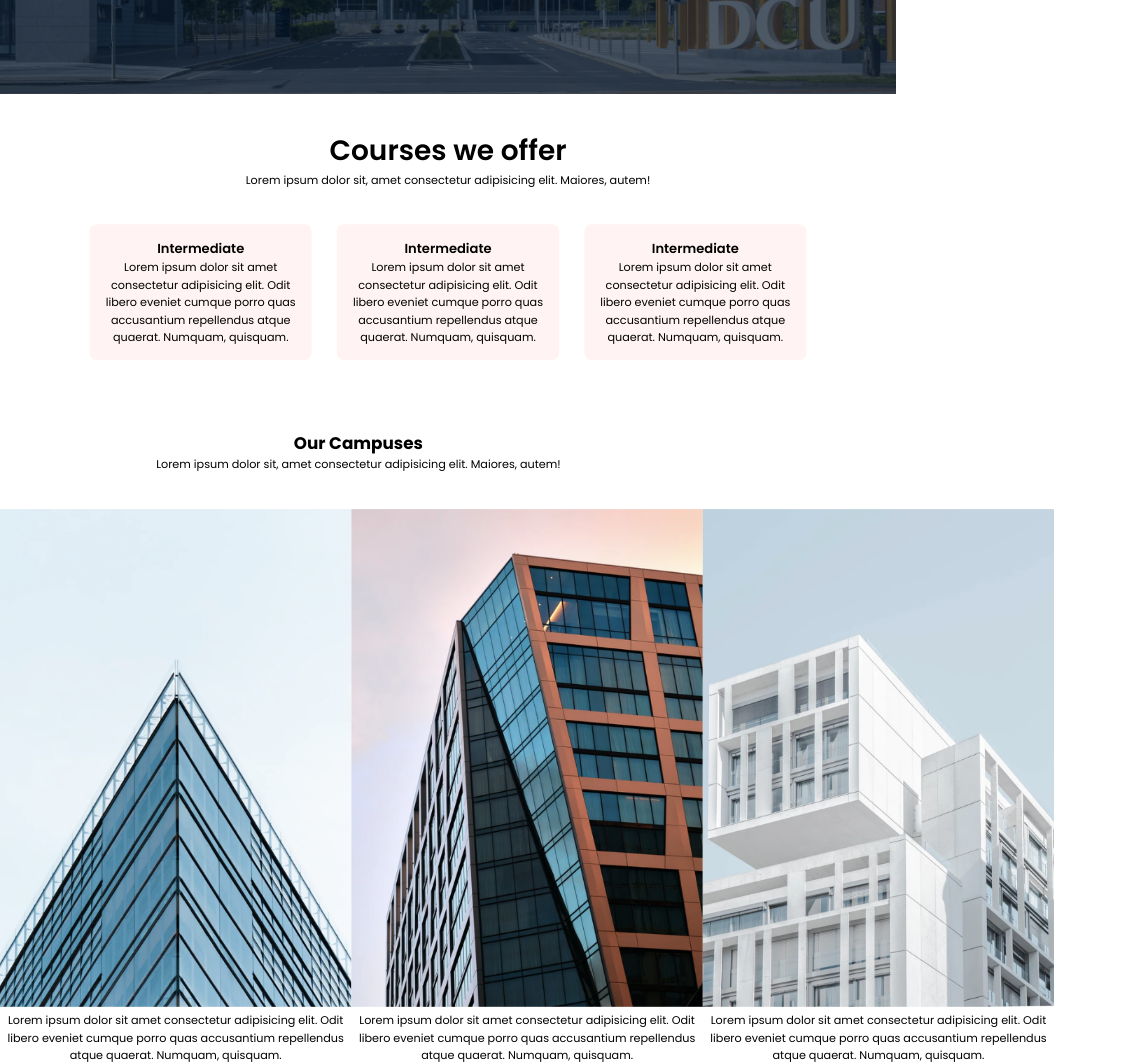
Repository: yashrajverma/Practise
Page: index.html
The author's editor kept a copy of each file at every save. The page is drawn from the files as they stood at one save, then again after the next save.
The browser window is 1280 px wide. The page is 1506 px wide, then 1634 px, so the pictures cover 1634 px, including what lies to the right of the window. The pictures show the part of the page from y = 586 to 2106 px (the page is 2106 px tall), at 70% of full size.

Above is the page before, as saved 2021-04-27 12:25:00.

### index.html
<!DOCTYPE html>
<html lang="en">
  <head>
    <meta charset="UTF-8" />
    <meta name="viewport" content="width=device-width, initial-scale=1.0" />
    <title>Website</title>
    <link rel="stylesheet" href="style.css" />
    <link rel="preconnect" href="https://fonts.gstatic.com">
<link href="https://fonts.googleapis.com/css2?family=Poppins:ital,wght@0,100;0,400;0,600;0,700;1,500&display=swap" rel="stylesheet">
<link rel="stylesheet" href="https://cdn.jsdelivr.net/npm/@fortawesome/fontawesome-free@5.15.3/css/fontawesome.min.css" integrity="sha384-wESLQ85D6gbsF459vf1CiZ2+rr+CsxRY0RpiF1tLlQpDnAgg6rwdsUF1+Ics2bni" crossorigin="anonymous">
<link rel="stylesheet" href="https://cdnjs.cloudflare.com/ajax/libs/font-awesome/5.15.3/css/all.min.css" integrity="sha512-iBBXm8fW90+nuLcSKlbmrPcLa0OT92xO1BIsZ+ywDWZCvqsWgccV3gFoRBv0z+8dLJgyAHIhR35VZc2oM/gI1w==" crossorigin="anonymous" />

</head>
  <body>
    <section class="header">
        <nav>
         <a href="index.html"><img src="eduford_img/logo.png" alt="logo" class="nav-img"/></a>
          <div class="nav-links" id="navLinks">
            <i class="fa fa-times-circle" aria-hidden="true" onclick="hideMenu()"></i>
             <ul>
            <li><a href="#">Home</a></li>
            <li><a href="#">About</a></li>
            <li><a href="#">Contact</a></li>
            <li><a href="#">Courses</a></li>
            <li><a href="#">Blog</a></li>
          </ul>
          </div>
          <i class="fa fa-bars" aria-hidden="true" onclick="showMenu()"></i>
        </nav>

        <div class="text-box">
          <h1>
            Worlds Biggest University
          </h1>
          <p>
            Lorem ipsum dolor sit amet, consectetur adipisicing elit. <br>
            Corporis et labore libero culpa dicta unde natus voluptatibus, impedit sed minima?
          </p>
          <a href="#">Visit Us To Know More</a>
        </div>
    </section>

    <!-- -------------------- courses --------------------- -->

    <section class="course">
      <h1>Courses we offer</h1>
      <p>Lorem ipsum dolor sit, amet consectetur adipisicing elit. Maiores, autem!</p>
      <div class="row">
        <div class="course-col">
          <h3>Intermediate</h3>
          <p>Lorem ipsum dolor sit amet consectetur adipisicing elit.
            Odit libero eveniet cumque porro quas accusantium repellendus atque quaerat. Numquam, quisquam.</p>
        </div>
        <div class="course-col">
          <h3>Intermediate</h3>
          <p>Lorem ipsum dolor sit amet consectetur adipisicing elit.
            Odit libero eveniet cumque porro quas accusantium repellendus atque quaerat. Numquam, quisquam.</p>
        </div>
        <div class="course-col">
          <h3>Intermediate</h3>
          <p>Lorem ipsum dolor sit amet consectetur adipisicing elit.
            Odit libero eveniet cumque porro quas accusantium repellendus atque quaerat. Numquam, quisquam.</p>
        </div>
      </div>
    </section>



    <!-- -------------------- campus --------------------- -->

    <section class="campus">
      <h1>Our Campuses</h1>
      <p>Lorem ipsum dolor sit, amet consectetur adipisicing elit. Maiores, autem!</p>
      <div class="row">
        <div class="campus-col">
          <img src="/eduford_img/london.png" alt="">
          <p>Lorem ipsum dolor sit amet consectetur adipisicing elit.
            Odit libero eveniet cumque porro quas accusantium repellendus atque quaerat. Numquam, quisquam.</p>
        </div>
        <div class="campus-col">
          <img src="/eduford_img/newyork.png" alt="">
          <p>Lorem ipsum dolor sit amet consectetur adipisicing elit.
            Odit libero eveniet cumque porro quas accusantium repellendus atque quaerat. Numquam, quisquam.</p>
        </div>
        <div class="campus-col">
          <img src="/eduford_img/washington.png" alt="">
          <p>Lorem ipsum dolor sit amet consectetur adipisicing elit.
            Odit libero eveniet cumque porro quas accusantium repellendus atque quaerat. Numquam, quisquam.</p>
        </div>
      </div>
    </section>

    <script src="app.js"></script>
  </body>
</html>

### style.css
*{
    margin: 0;
    padding: 0;
    font-family: 'Poppins', sans-serif;
}

.header{
    width: 100%;
    min-height: 100vh;
    background:linear-gradient(rgba(2, 20, 46, 0.7),rgba(5, 20, 37, 0.7)) ,url('./eduford_img/banner.png');
    background-position: fixed;
    background-size: cover;
    background-repeat: no-repeat;
    position: relative;
}
nav{
    display: flex;
    align-items: center;
    justify-content: space-between;
    padding: 2% 5%;
}
.nav-img{
    width: 150px;
}
.nav-links{
    flex:1;
    text-align: right;
}
.nav-links ul li{
    list-style: none;
    padding: 0 10px ;
    display: inline-block;
    position: relative;
}
.nav-links ul li  a{
    text-decoration: none;
    color: white;

}
.nav-links ul li::after{
    width: 0;
    height: 2px;
    content: '';
    background-color: #f44336;
    display: block;
    margin: auto;
    transition: 0.4s;
}
.nav-links ul li:hover::after{
    width: 100%;
    box-shadow: 0px 0px 13px #f44336;
}
.text-box{
    width: 90%;
    text-align: center;
    position: absolute;
    top: 50%;
    left: 50%;
    transform: translate(-50%,-50%);
    color: white;
}
.text-box h1{
    font-size: 62px;
}
.text-box p{
    font-size: 13px;
}
.text-box a{
    display: inline-block;
    padding: 12px 34px ;
    color: white;
    text-decoration: none;
    position: relative;
    margin: 12px;
    border: 1px solid white;
    background: transparent;
    transition: 0.4s;
}
.text-box a:hover{
    background: #f44336;
    border:1px solid #f44336;
    box-shadow: 0px 0px 13px #f44336;
}

nav .fa{
    display: none;
}
@media(max-width:700px){
    .text-box h1{
        font-size: 20px;
    }
    .nav-links ul li{
        display: block;
        margin: 10px;
    }
    .nav-links{
        position: absolute;
        top: 0;
        right: -200px;
        background: #f44336;
        width: 200px;
        height: 100vh;
        text-align: left;
        z-index: 2;
    }
    nav .fa{
        display: block;
        color:white;
        font-size: 24px;
        cursor: pointer;
    }
}

/* ------------------------------------- course ----------------------------- */

.course{
    text-align: center;
    margin: auto;
    margin-top: 50px;
    width: 80%;
}
.course h1{
    font-size: 40px;
    font-weight: 600;
}

.row{
    margin-top: 5%;
    display: flex;
    justify-content: space-between;
}
.course-col{
    flex-basis: 31%;
    background: #fff3f3;
    border-radius: 10px;
    padding: 20px 12px;
    margin-bottom: 5%;
    box-sizing: border-box;
    transition: 0.7s;
}
h3{
    font-weight: 600;
    text-align: center;
}
.course-col:hover{
    box-shadow: 0 0 20px 0 rgba(0,0,0,0.2);
}

@media(max-width:700px){
    .row{
        flex-direction: column;
    }
}


/* ----------------- capmus ----------------------- */


.campus{
    width: 80%;
    margin-top: 50px;
    text-align: center
}
.campus h1{
    text-align: center;


}

### app.js
var navLinks=document.getElementById('navLinks')
function hideMenu(){
    navLinks.style.right='-200px';
}
function showMenu(){
    navLinks.style.right="0"
}

After the next save:
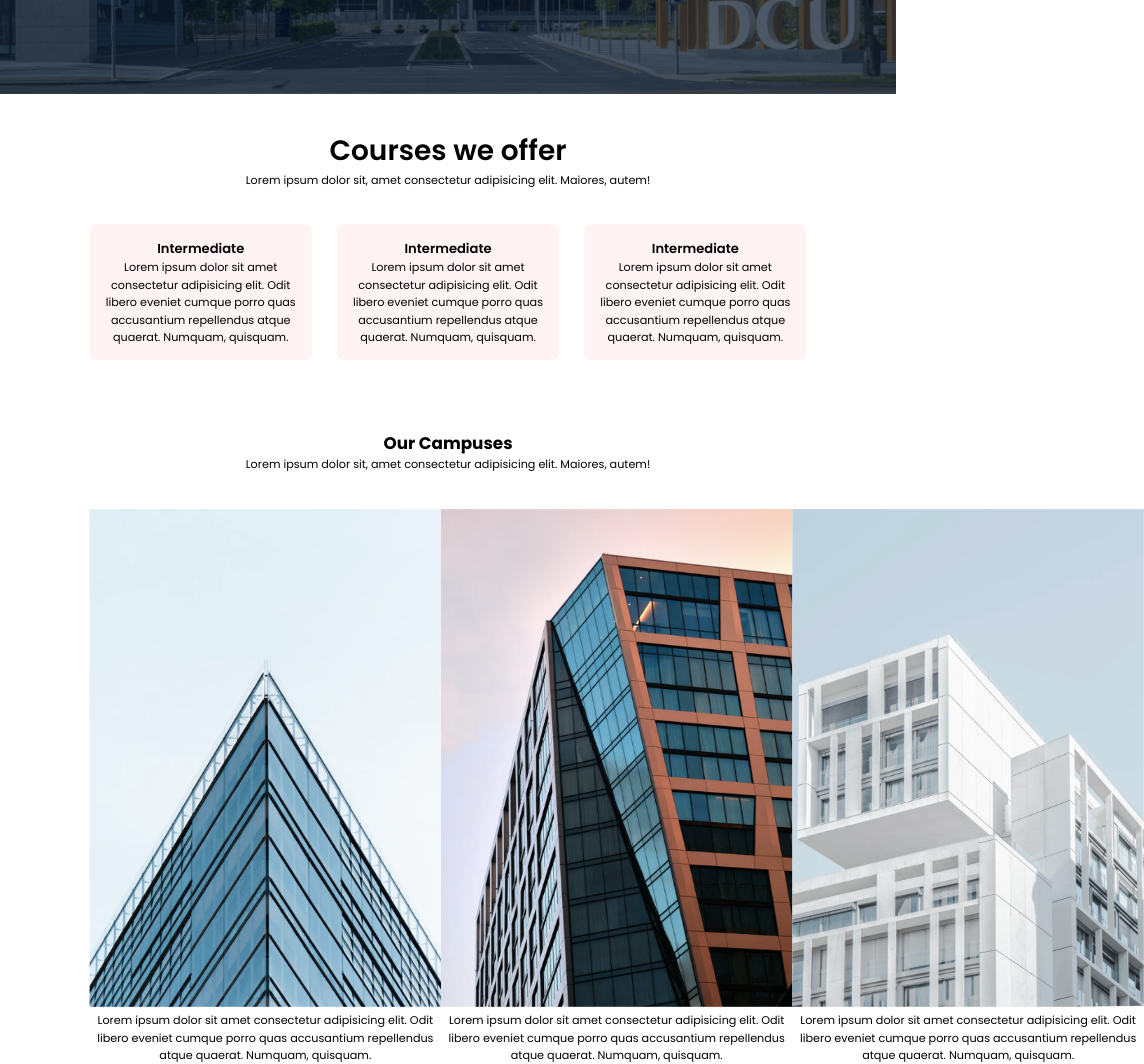
Saved 24 s later.
--- a/style.css
+++ b/style.css
@@ -158,8 +158,9 @@
 
 .campus{
     width: 80%;
-    margin-top: 50px;
-    text-align: center
+    padding-top: 50px;
+    text-align: center;
+    margin: auto;
 }
 .campus h1{
     text-align: center;
